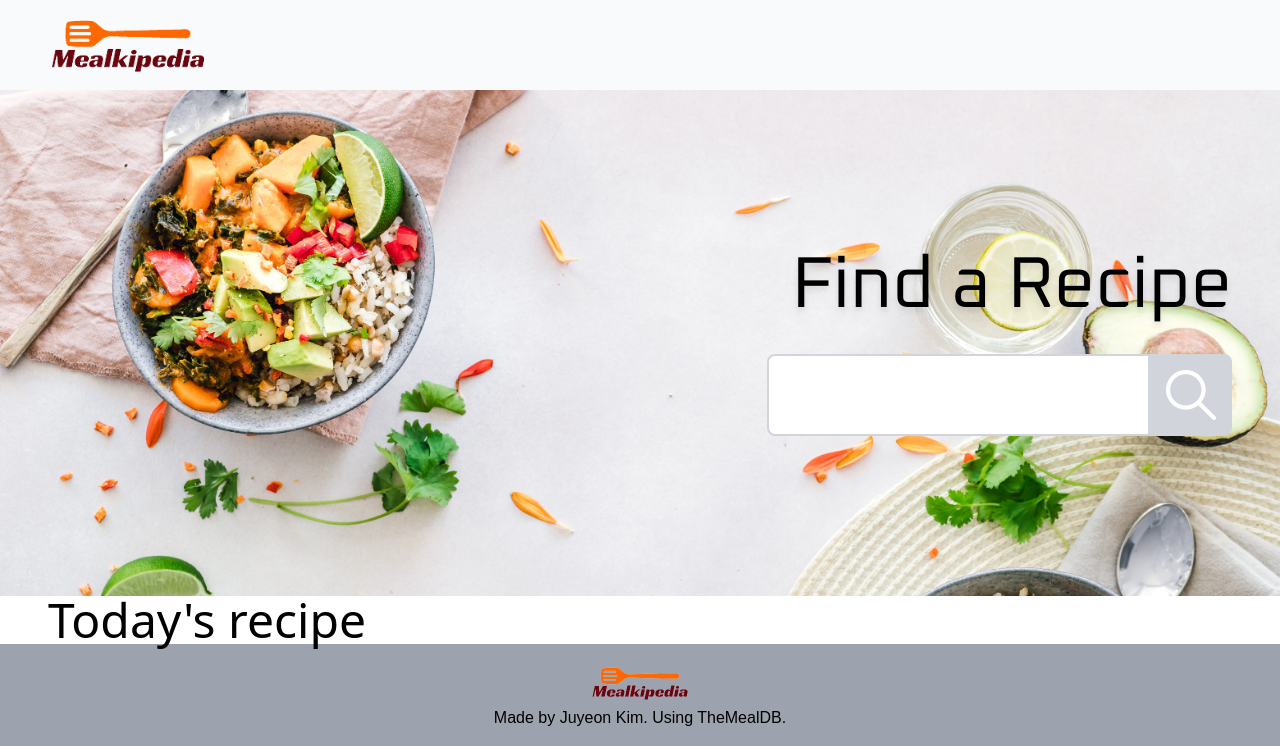
Repository: Jay-JYKim91/grj_mealkipedia
Page: /
An editor plug-in stored every save of this project. The page is shown before and after the next save, followed by the edit.
The browser window is 1280 px wide. The pictures show the whole page.
Some web fonts or font styles are not loaded; a fallback is used. The project was rebuilt for these pictures with package versions that can differ from the ones it lists, and the page was loaded fresh each time. Also part of the build but not shown: src/component/recipe.tsx. Imported but missing from the stored project, and not drawn on this page: src/component/search.

Above is the page before, as saved 2022-06-21 16:09:00.

After the next save:
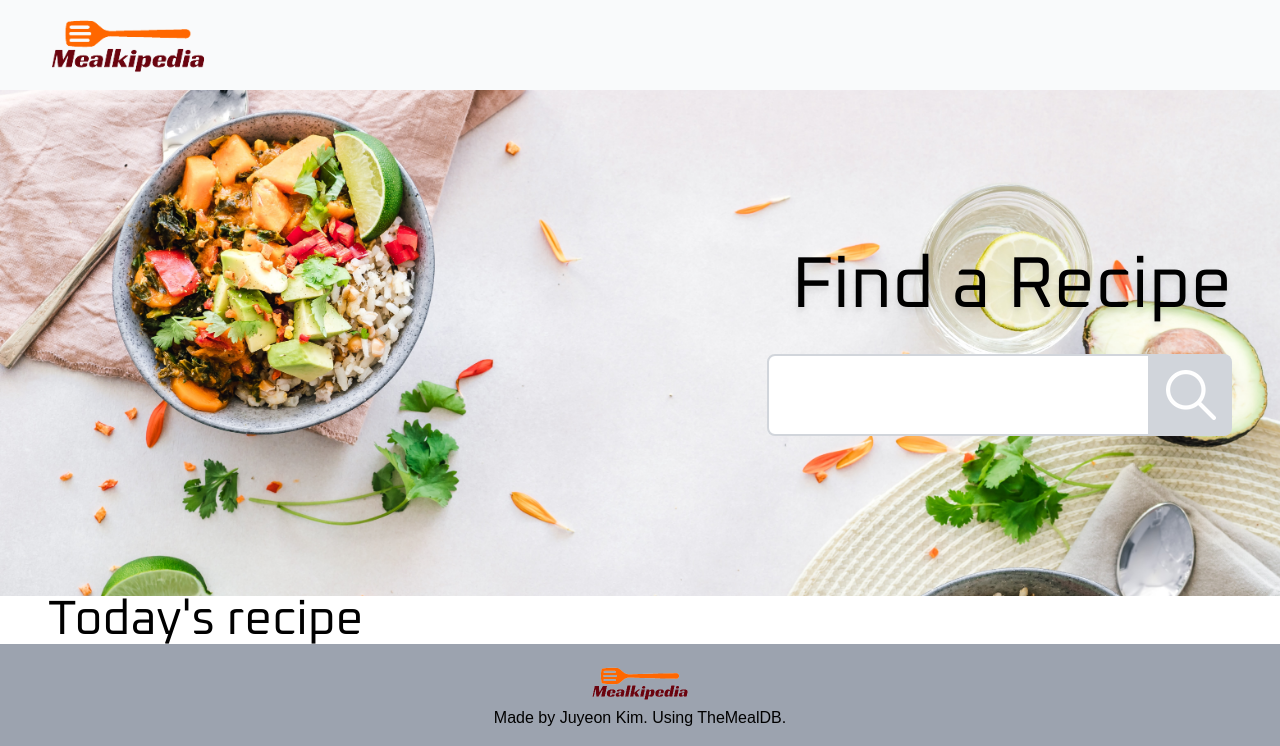
Saved 9 s later.
--- a/src/component/home.tsx
+++ b/src/component/home.tsx
@@ -19,7 +19,7 @@ const Home: React.FC = () => {
                 </div>
             </div>
             <div className="px-12">
-                <h1 className="text-5xl">Today's recipe</h1>
+                <h1 className="font-body1_font text-5xl">Today's recipe</h1>
             </div>
         </>
     )
